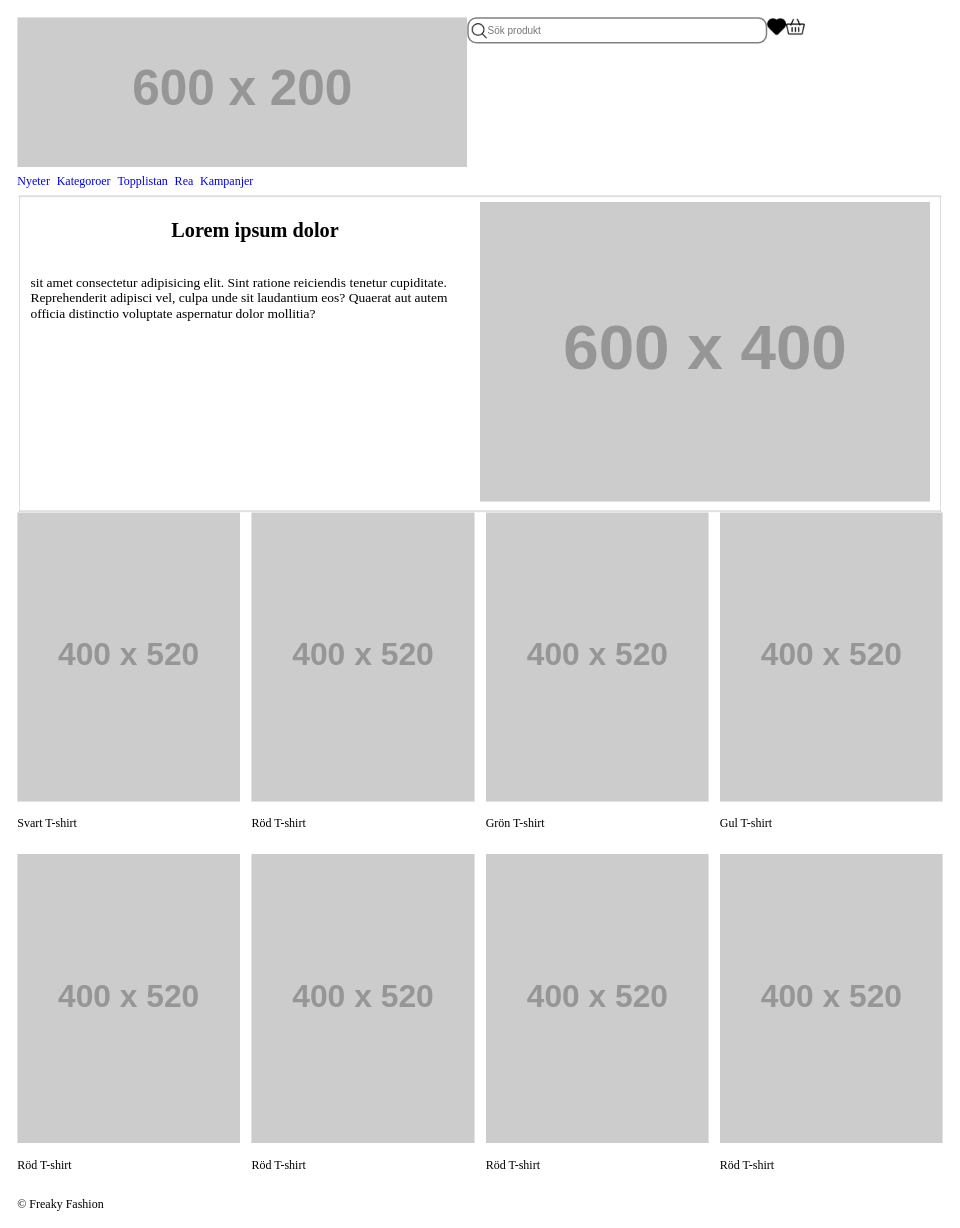
Repository: Kalle1995/project
Page: index.html
An editor plug-in stored every save of this project. The page is shown before and after the next save, followed by the edit.
The browser window is 1280 px wide. The pictures show the whole page, at 75% of full size.

Above is the page before, as saved 2024-10-05 21:49:39.

After the next save:
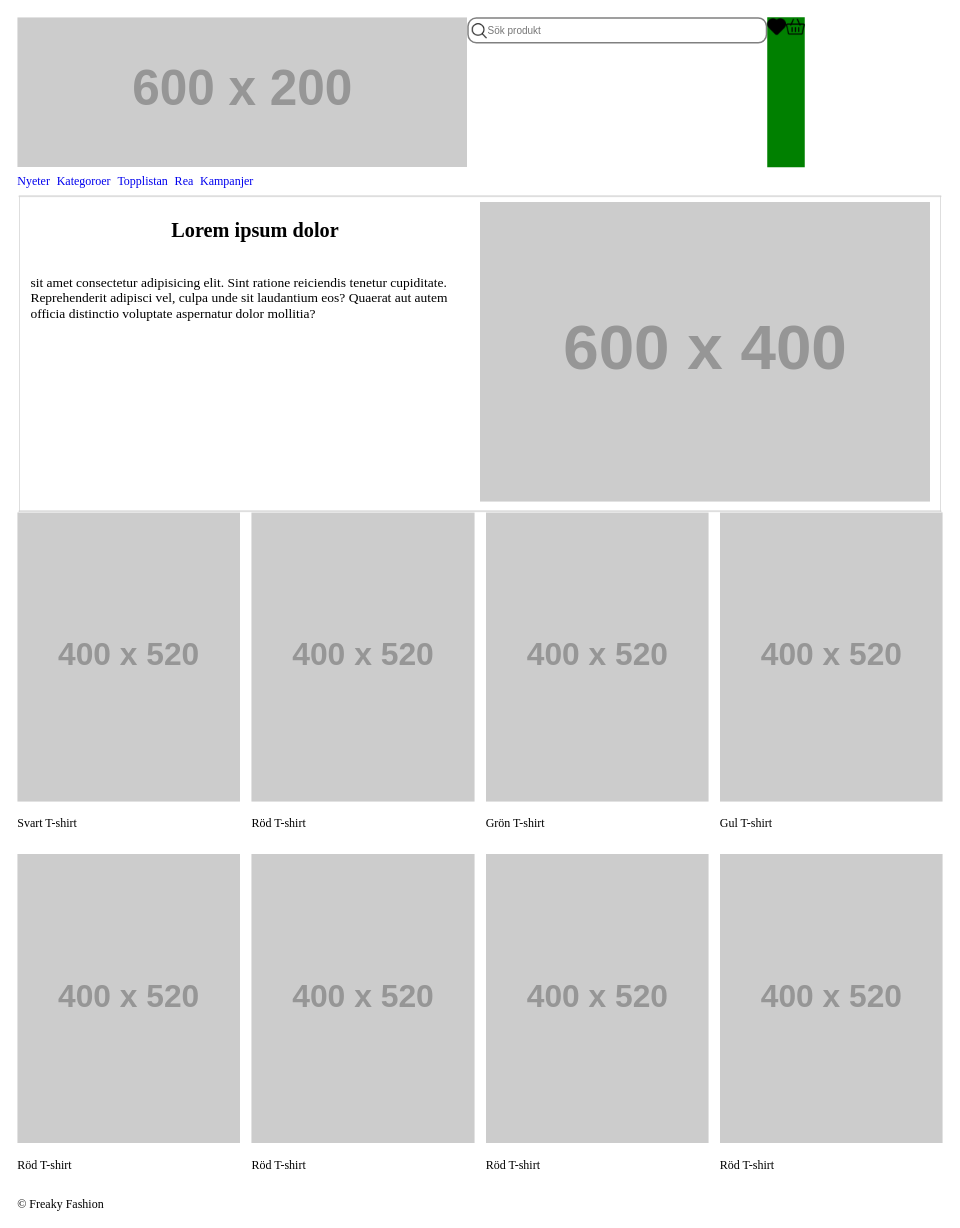
Saved 47 s later.
--- a/main.css
+++ b/main.css
@@ -84,8 +84,8 @@
     display: flex;
 }
 
-.headIcons>img {
-
+.headIcons {
+    background-color: green;
 }
 
 @media (max-width: 640px) {

After the save that followed:
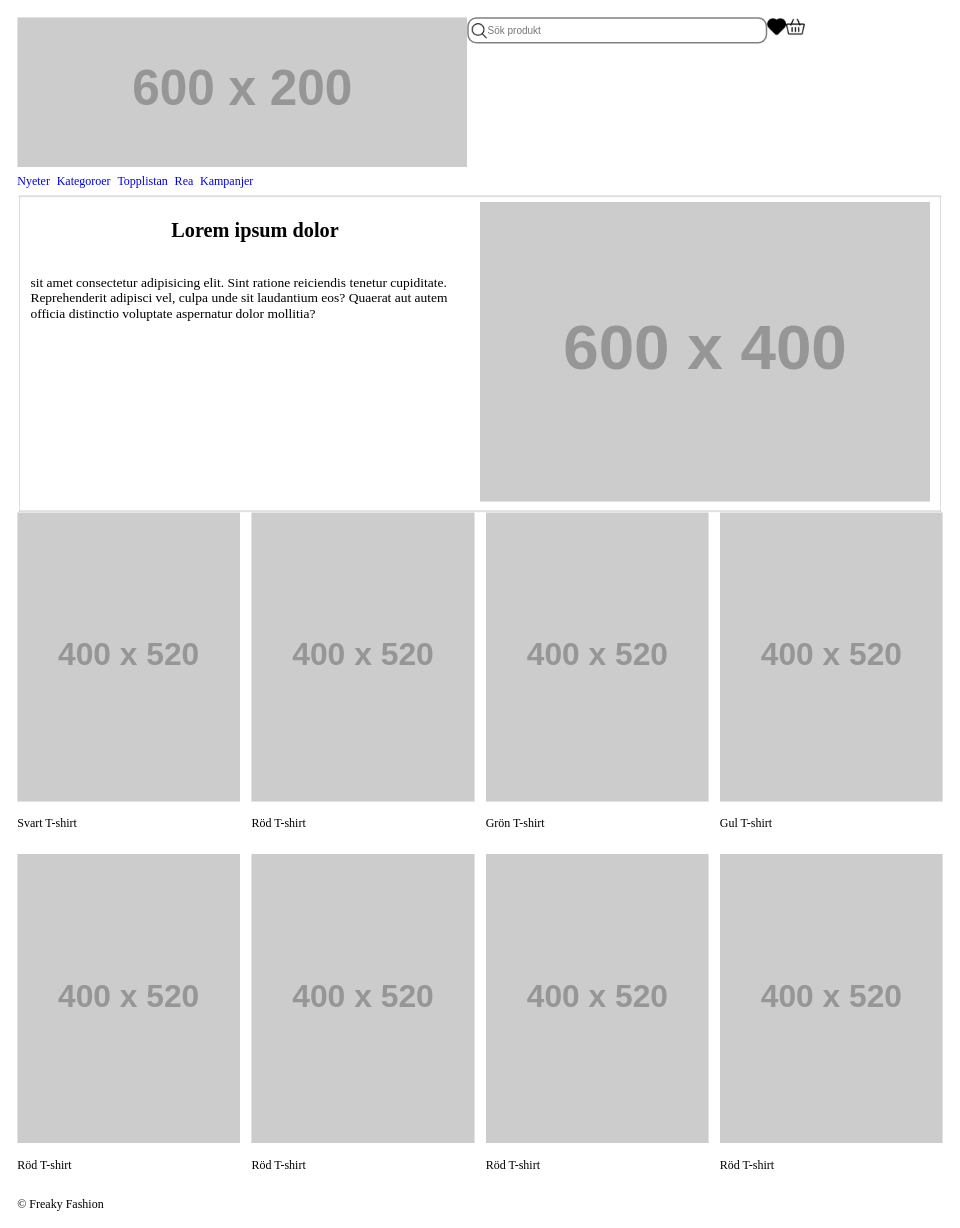
Saved 44 s later.
--- a/main.css
+++ b/main.css
@@ -85,7 +85,9 @@
 }
 
 .headIcons {
-    background-color: green;
+    img {
+
+    }
 }
 
 @media (max-width: 640px) {
